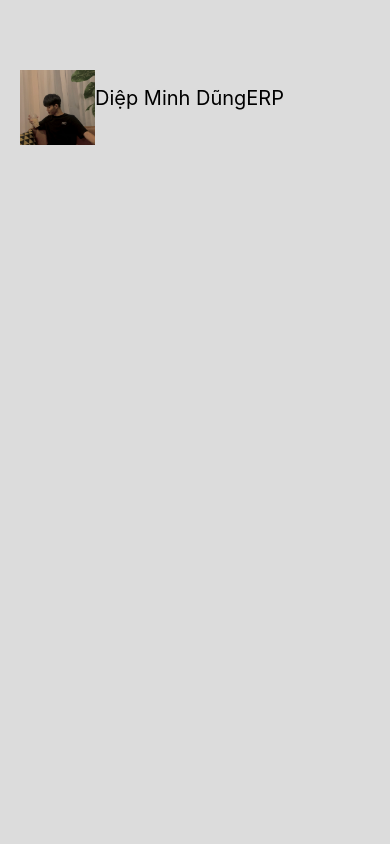
Repository: diepdung02/AppPTC
Screen: /Home
The author's editor kept a copy of each file at every save. The screen is drawn from the files as they stood at one save, then again after a run of saves.
The app was drawn by React Native's web renderer in a window 390 px wide. The project was rebuilt for these pictures with package versions that can differ from the ones it lists, and the page was loaded fresh each time.

Above is the screen before, as saved 2024-06-29 13:09:47.

### App.tsx
import React from 'react';
import 'react-native-gesture-handler';
import { NavigationContainer } from '@react-navigation/native';
import { createStackNavigator } from '@react-navigation/stack';
import { createMaterialTopTabNavigator } from '@react-navigation/material-top-tabs';
import { LoginScreen, HomeScreen } from './screen/index';
import COLORS from './constants/Color';


const Stack = createStackNavigator();
const Tab = createMaterialTopTabNavigator();



const App: React.FC = () => {
  return (
    <NavigationContainer>
      <Stack.Navigator initialRouteName="Login">
        <Stack.Screen name="Login" component={LoginScreen} options={{ headerShown: false }} />
        <Stack.Screen name="Home" component={HomeScreen} options={{ headerShown: false }} />
      </Stack.Navigator>
    </NavigationContainer>
  );
};

export default App;

### screen/index.tsx
import LoginScreen from './auth/LoginScreen';
import HomeScreen from './home/HomeScreen';

export{
    LoginScreen,
    HomeScreen

}

### screen/auth/LoginScreen.tsx
import React, { useState, useEffect } from 'react';
import { View, TextInput, StyleSheet, TouchableOpacity, Text, Image } from 'react-native';
import { FontAwesome, MaterialIcons } from '@expo/vector-icons';
import { Formik } from 'formik';
import * as Yup from 'yup';
import AsyncStorage from '@react-native-async-storage/async-storage';
import COLORS from '../../constants/Color';

type LoginProps = {
  navigation: any;
};

type FormValues = {
  username: string;
  password: string;
};

const LoginScreen: React.FC<LoginProps> = ({ navigation }) => {
  const [hidePassword, setHidePassword] = useState<boolean>(true);
  const [rememberPassword, setRememberPassword] = useState<boolean>(false);

  useEffect(() => {
    const checkRememberPassword = async () => {
      try {
        const savedPassword = await AsyncStorage.getItem('password');
        if (savedPassword) {
          setRememberPassword(true);
        }
      } catch (error) {
        console.error('Error reading password from AsyncStorage:', error);
      }
    };
    checkRememberPassword();
  }, []);

  const togglePasswordVisibility = () => {
    setHidePassword(!hidePassword);
  };

  const handleLogin = (values: FormValues) => {
    // Hiện thông báo đăng nhập thành công và điều hướng đến HomeScreen
    alert('Đăng nhập thành công!');
    navigation.navigate('Home');
  };

  const validationSchema = Yup.object({
    username: Yup.string().required('Chưa nhập tên đăng nhập'),
    password: Yup.string().required('Chưa nhập mật khẩu'),
  });

  return (
    <Formik
      initialValues={{
        username: 'dung',
        password: '123',
      }}
      validationSchema={validationSchema}
      onSubmit={(values) => handleLogin(values)}
    >
      {({ values, touched, errors, handleChange, handleSubmit, handleBlur }) => (
        <View style={styles.container}>
          <Image source={require('../../assets/logo.png')} style={styles.logo} />
          <View style={styles.inputContainer}>
            <FontAwesome name="user" size={20} color="black" />
            <TextInput
              style={styles.textInput}
              placeholder="Username"
              value={values.username}
              onChangeText={handleChange('username')}
              onBlur={handleBlur('username')}
            />
          </View>
          {touched.username && errors.username && (
            <Text style={styles.errorText}>{errors.username}</Text>
          )}

          <View style={styles.inputContainer}>
            <FontAwesome name="lock" size={20} color="black" />
            <TextInput
              style={styles.textInput}
              placeholder="Password"
              secureTextEntry={hidePassword}
              value={values.password}
              onChangeText={handleChange('password')}
              onBlur={handleBlur('password')}
            />
            <TouchableOpacity onPress={togglePasswordVisibility}>
              <MaterialIcons name={hidePassword ? 'visibility-off' : 'visibility'} size={20} color="black" />
            </TouchableOpacity>
          </View>
          {touched.password && errors.password && (
            <Text style={styles.errorText}>{errors.password}</Text>
          )}

          <TouchableOpacity style={styles.loginButton} onPress={handleSubmit as any}>
            <Text style={styles.buttonText}>Login</Text>
          </TouchableOpacity>
          <TouchableOpacity onPress={() => navigation.navigate('ForgotPassword')}>
            <Text style={styles.forgotPasswordText}>Forgot Password?</Text>
          </TouchableOpacity>
        </View>
      )}
    </Formik>
  );
};

const styles = StyleSheet.create({
  container: {
    flex: 1,
    backgroundColor: COLORS.colorMain,
    alignItems: 'center',
    justifyContent: 'center',
  },
  logo: {
    width: 150,
    height: 150,
    marginBottom: 50,
  },
  inputContainer: {
    flexDirection: 'row',
    alignItems: 'center',
    backgroundColor: '#FFFFFF',
    borderRadius: 5,
    width: '80%',
    marginBottom: 20,
    padding: 10,
  },
  textInput: {
    flex: 1,
    marginLeft: 10,
  },
  loginButton: {
    backgroundColor: COLORS.blue,
    width: '80%',
    padding: 15,
    borderRadius: 5,
    alignItems: 'center',
  },
  buttonText: {
    color: 'white',
    fontSize: 16,
  },
  forgotPasswordText: {
    color: '#005A8C',
    marginTop: 20,
  },
  errorText: {
    color: 'red',
    fontSize: 12,
    marginBottom: 20,
  },
});

export default LoginScreen;

### screen/home/HomeScreen.tsx
import { View, Text, Image, StyleSheet } from 'react-native'
import React from 'react'
import COLORS from '../../constants/Color'

const HomeScreen:React.FC = () => {
  return (
    <View style={styles.container}>
      <View style={styles.inforContainer}>
        <Image source={require("../../assets/avatar.jpg")} style={styles.avatar}></Image>
      <Text style={styles.txtInfor}>Diệp Minh Dũng</Text>
      <Text style={styles.txtInfor}>ERP</Text>
      </View>
    </View>
  )
}

const styles = StyleSheet.create({
  container:{
    flex:1,
    backgroundColor:COLORS.colorMain,
  },
  avatar:{
    width:75,
    height:75,
    marginTop:70,
    marginLeft:20,
  },
  inforContainer:{
    flexDirection:"row",
    alignItems:"center"
  },
  txtInfor:{
    fontSize:20,
    marginTop:50,
  }
})

export default HomeScreen

### constants/Color.tsx
const COLORS = {
    colorMain:"#DCDCDC",
    blue: "#09648C"

  };
  export default COLORS;

After the next 2 saves:
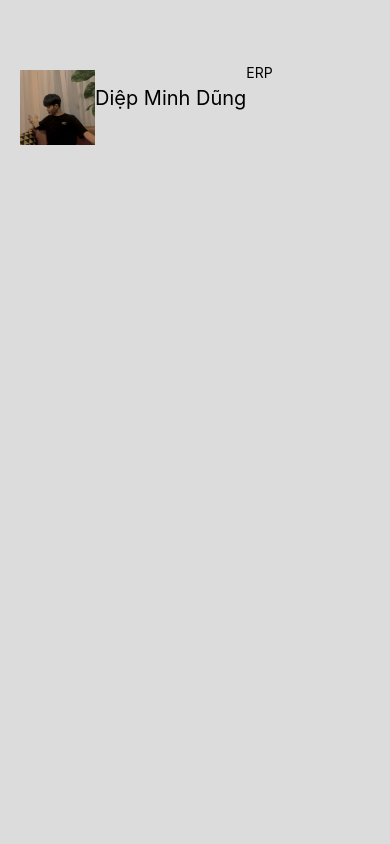
The 2 saves are shown as one change because they came seconds apart.
The last was saved 19 s later.
--- a/screen/home/HomeScreen.tsx
+++ b/screen/home/HomeScreen.tsx
@@ -8,7 +8,7 @@ const HomeScreen:React.FC = () => {
       <View style={styles.inforContainer}>
         <Image source={require("../../assets/avatar.jpg")} style={styles.avatar}></Image>
       <Text style={styles.txtInfor}>Diệp Minh Dũng</Text>
-      <Text style={styles.txtInfor}>ERP</Text>
+      <Text style={styles.txtDept}>ERP</Text>
       </View>
     </View>
   )
